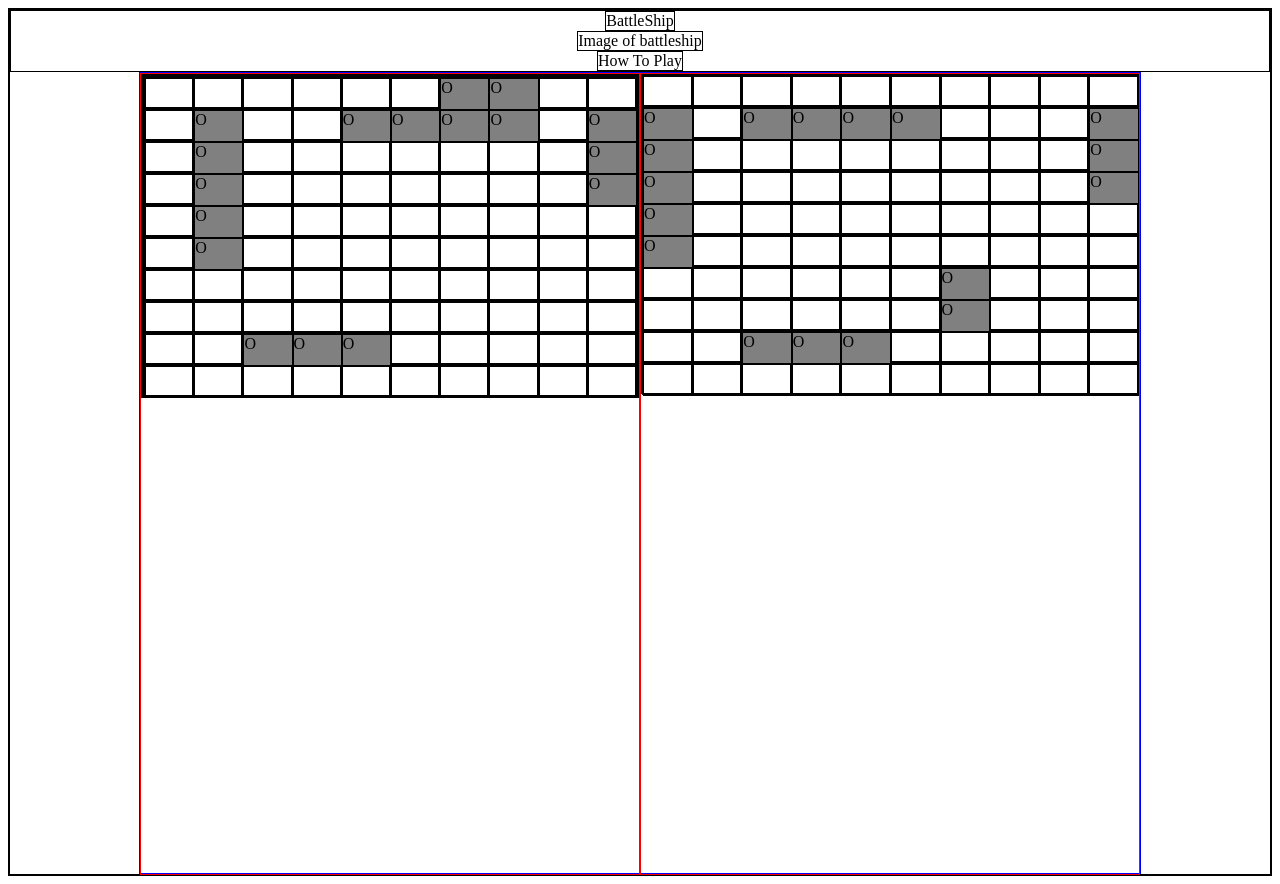
Repository: J-Haze/BattleshipApp
Page: /
These files come from the project's save history. The page is drawn as it stood at one moment and after the next save; the edit follows.
The browser window is 1280 px wide. The pictures show the whole page.
The project was rebuilt for these pictures with package versions that can differ from the ones it lists, and the page was loaded fresh each time. Also part of the build but not shown: src/index.css.

Above is the page before, as saved 2020-09-22 20:58:53.

After the next save:
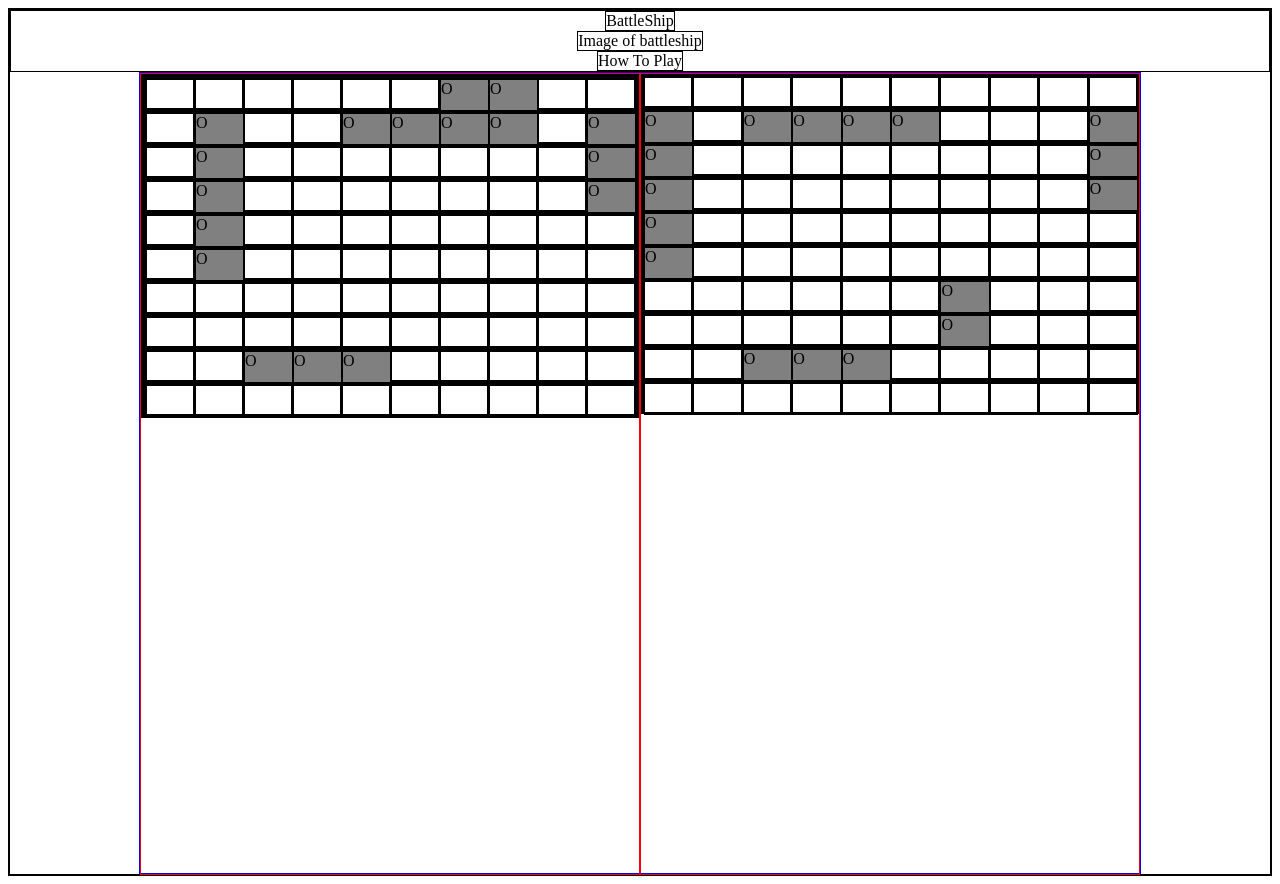
Saved 63 min 37 s later.
--- a/src/Components/Row.js
+++ b/src/Components/Row.js
@@ -20,19 +20,21 @@ function Row(props) {
         // <div className="row">
         //     {rowObj}
         // </div>
-        <div className="row">
-            {rowObj.map((square, j) => {
-                return (
-                    <Square
-                        key={j}
-                        row={roww}
-                        col={j}
-                        squareObj={square}
-                        handleClick={handleClick}
-                    />
-                );
-            })
-            }
+        <div className="board">
+            <div className="row">
+                {rowObj.map((square, j) => {
+                    return (
+                        <Square
+                            key={j}
+                            row={roww}
+                            col={j}
+                            squareObj={square}
+                            handleClick={handleClick}
+                        />
+                    );
+                })
+                }
+            </div>
         </div>
     )
 };
